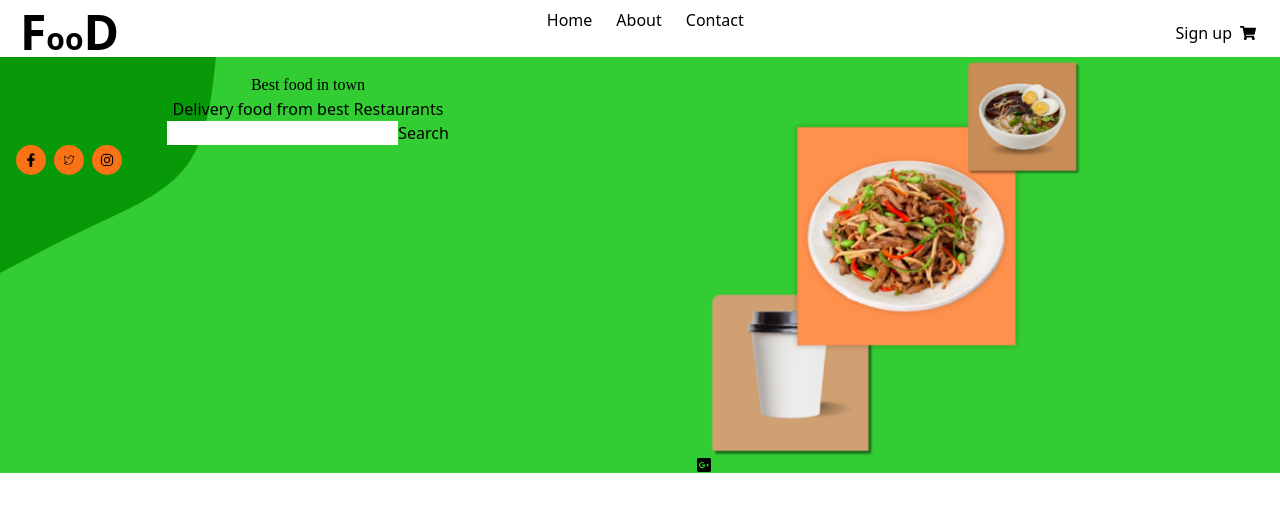
Repository: KhushiCode14/FoodWeb
Page: /
The author's editor kept a copy of each file at every save. The page is drawn from the files as they stood at one save, then again after the next save.
The browser window is 1280 px wide. The pictures show the whole page.
The project was rebuilt for these pictures with package versions that can differ from the ones it lists, and the page was loaded fresh each time. Also part of the build but not shown: src/components/Home/SignUp.tsx, src/components/Home/SignIn.tsx.

Above is the page before, as saved 2024-09-19 20:09:44.

### src/index.css
@tailwind base;
@tailwind components;
@tailwind utilities;

.bgBack{
  background-image: url(../src/components/images/background.svg);
}

### src/App.tsx
import { Route, BrowserRouter as Router, Routes ,  } from 'react-router-dom';
import './App.css';
import Navbar from './Pages/Navbar';
import Home from './Pages/Home';
import SignUp from './components/Home/SignUp';
import SignIn from './components/Home/SignIn';

function App() {
  return (
    <div className="App">
      <Router>
        <Navbar/>
      <Routes>
        <Route  path="/" element={<Home/>} />
        <Route  path="/signUp" element={<SignUp/>} />
        <Route  path="/signIn" element={<SignIn/>} />
        {/* <Route  path="/about" element={About} />
        <Route  path="/contact" element={Contact} /> */}
        </Routes>
      </Router>

    </div>
  );
}

export default App;

### src/Pages/Navbar.tsx
import { NavLink } from "react-router-dom"
import { Link } from "react-router-dom"
import { FaShoppingCart } from "react-icons/fa";
import { FaCartPlus } from "react-icons/fa";
import { useState } from "react";
interface nav {
  to: string,
  linkName: string

}
const Navbar: React.FC = () => {
  const [sign, setSign] = useState<string>('Sign up');
  const [cart, setCart] = useState<JSX.Element>(<FaShoppingCart />);
  const navLink: nav[] = [
    { to: "/", linkName: "Home" },
    { to: "/about", linkName: "About" },
    { to: "/contact", linkName: "Contact" },
    // Add more links as needed
  ]
  const handleSign = () => {
    setSign(sign === 'Sign up'? 'Sign in' : 'Sign up');
  }
  const handleCart = () => {
    setCart(prevCart =>
      prevCart.type === FaShoppingCart ? <FaCartPlus /> : <FaShoppingCart />
    );
  };

  return (
    <div className="mx-5  mt-2 flex justify-between">
      <div className="font-bold text-3xl"><h1><span className=" text-5xl">F</span>oo<span className=" text-5xl">D</span></h1></div>
      <div>
        {
          navLink.map((link, index) => (
            <Link key={index} to={link.to} className="mx-3 hover:text-gray-800">
              {link.linkName}
            </Link>
          ))
        }
      </div>
      <div className="flex justify-center items-center">
        <button><NavLink to="/signUp" onClick={handleSign} className="m-1">{sign}</NavLink></button>

        <div onClick={handleCart}className="m-1" >
          {cart}
        </div>



      </div>
    </div>
  )
}

export default Navbar

### src/Pages/Home.tsx

import { FaFacebookF, FaGooglePlusSquare, FaInstagram, } from "react-icons/fa"
import { CiTwitter } from "react-icons/ci";
import food from "../components/images/food.png"
import { Link } from "react-router-dom";
const Home: React.FC = () => {
  return (

    <div className=" flex  gap-20 bgBack justify-center ">

      <div className="w-1/2 justify-center items-center m-4 ">
        <h3 className="font-cursive">Best food in town</h3>
        <h1>Delivery food from best Restaurants</h1>
        <div>
          <input type="text"></input>
          <button>Search</button>
          <div className="flex gap-2  ">
            <Link to="/about"><FaFacebookF  size={30}className="bg-orange-500  text-black rounded-full font-extrabold  p-2"/>
            </Link>
            <Link to=""> < CiTwitter  size={30}className="bg-orange-500  p-2 rounded-full" />
            </Link>
            <Link to="">  <FaInstagram  size={30}className="bg-orange-500  p-2 rounded-full" />
            </Link>

          </div>
        </div>
      </div>
      <div className="w-1/2 items-center justify-center" >
        <img src={food} alt="logo" width={400} />
        <FaGooglePlusSquare />
      </div>
    </div>
  )
}

export default Home

### tailwind.config.js
/** @type {import('tailwindcss').Config} */
module.exports = {
  content: [
    "./src/**/*.{js,jsx,ts,tsx}",
  ],
  theme: {
    extend: {
      fontFamily: {
        'cursive': ['Pacifico', 'cursive']
      }
    },
  },
  plugins: [],
}

Loaded but not shown: public/index.html (common file); src/index.tsx (common file); src/reportWebVitals.ts (common file); src/App.css (common file)

After the next save:
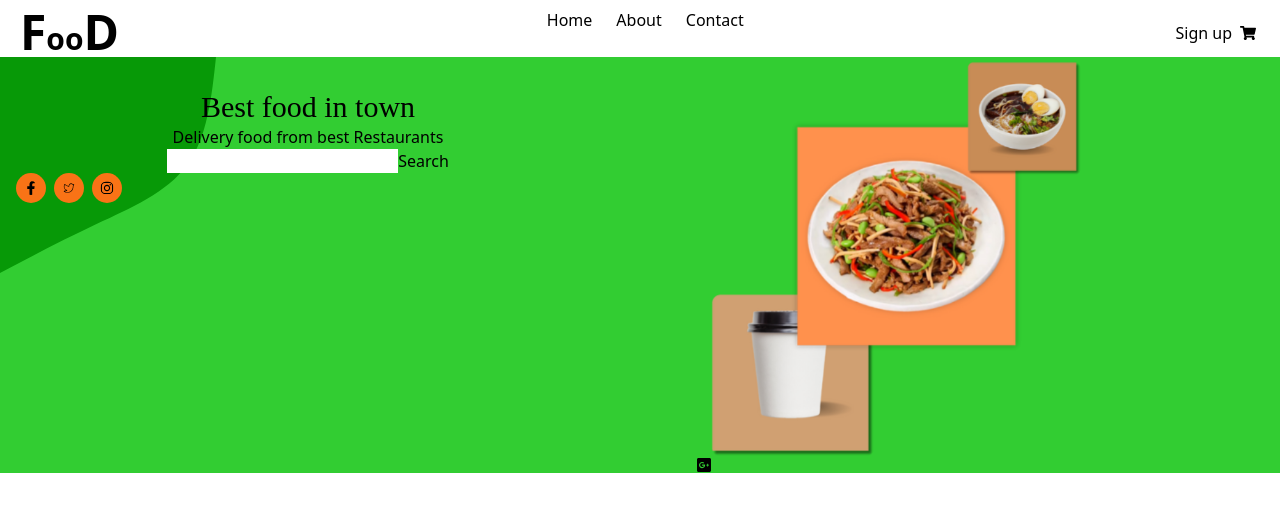
Saved 20 s later.
--- a/src/Pages/Home.tsx
+++ b/src/Pages/Home.tsx
@@ -8,9 +8,9 @@ const Home: React.FC = () => {
 
     <div className=" flex  gap-20 bgBack justify-center ">
 
-      <div className="w-1/2 justify-center items-center m-4 ">
-        <h3 className="font-cursive">Best food in town</h3>
-        <h1>Delivery food from best Restaurants</h1>
+      <div className="w-1/2 justify-center items-center m-4 mt-8 ">
+        <h3 className="font-cursive text-3xl">Best food in town</h3>
+        <h1 className="text-6">Delivery food from best Restaurants</h1>
         <div>
           <input type="text"></input>
           <button>Search</button>
